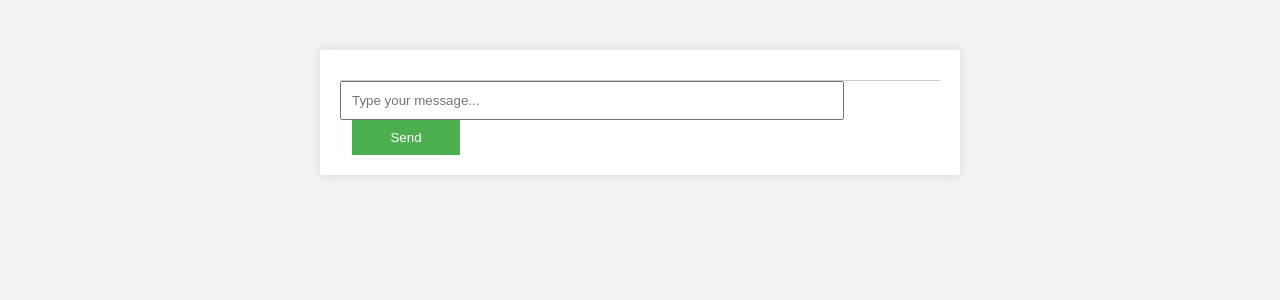
Repository: KanmegneTabouguie/realtimechat
Page: public/index.html
An editor plug-in stored every save of this project. The page is shown before and after the next save, followed by the edit.
The browser window is 1280 px wide. The pictures show the whole page.
Empty fields were first filled with sample values (such as "Sample", 5 or name@example.com).
After loading, the first visible `#send-button` was clicked once.
The page's requests for data from a server got no answer. Some web libraries are served in a nearby version.

Above is the page before, as saved 2024-03-04 14:27:37.

### public/index.html
<!DOCTYPE html>
<html lang="en">
<head>
  <meta charset="UTF-8">
  <meta name="viewport" content="width=device-width, initial-scale=1.0">
  <title>Real-Time Chat App</title>
  <link rel="stylesheet" href="./style.css">
  <script src="https://code.jquery.com/jquery-3.6.4.min.js"></script>
</head>
<body>
  <div id="chat-container">
    <div id="chat-messages"></div>
    <input type="text" id="message-input" placeholder="Type your message...">
    <button id="send-button">Send</button>
  </div>
  <script src="https://cdnjs.cloudflare.com/ajax/libs/socket.io/4.0.0/socket.io.js"></script>
  <script src="./script.js"></script>
</body>
</html>

### public/style.css
body {
    font-family: Arial, sans-serif;
    margin: 0;
    padding: 0;
    background-color: #f2f2f2;
  }

  #chat-container {
    max-width: 600px;
    margin: 50px auto;
    background-color: #fff;
    padding: 20px;
    box-shadow: 0 0 10px rgba(0, 0, 0, 0.1);
  }

  #chat-messages {
    max-height: 300px;
    overflow-y: auto;
    border-bottom: 1px solid #ccc;
    padding-bottom: 10px;
  }

  #message-input {
    width: 80%;
    padding: 10px;
  }

  #send-button {
    width: 18%;
    padding: 10px;
    margin-left: 2%;
    background-color: #4caf50;
    color: #fff;
    border: none;
    cursor: pointer;
  }

  #send-button:hover {
    background-color: #45a049;
  }

  /* Add more styles as needed */

### public/script.js
$(document).ready(function () {
    const socket = io();
    const userId = Math.random().toString(36).substr(2, 9); // Unique identifier for the user (demo purpose)

    // Function to add a message to the chat
    function addMessage(message, senderId) {
      const isCurrentUser = senderId === userId;
      const senderClass = isCurrentUser ? 'current-user' : 'other-user';

      const messageElement = $('<div>').addClass(`message ${senderClass}`).text(`${message} (${isCurrentUser ? 'You' : 'Other user'})`);
      $('#chat-messages').append(messageElement);
    }

    // Event listener for the Send button
    $('#send-button').click(function () {
      const message = $('#message-input').val();

      if (message.trim() !== '') {
        // Emit a 'chat message' event to the server
        socket.emit('chat message', { message, senderId: userId });

        // Clear the input field
        $('#message-input').val('');
      }
    });

    // Listen for 'chat message' events from the server
    socket.on('chat message', function (data) {
      addMessage(data.message, data.senderId);
    });

    // Handle additional chat-related events and features as needed
  });

After the next save:
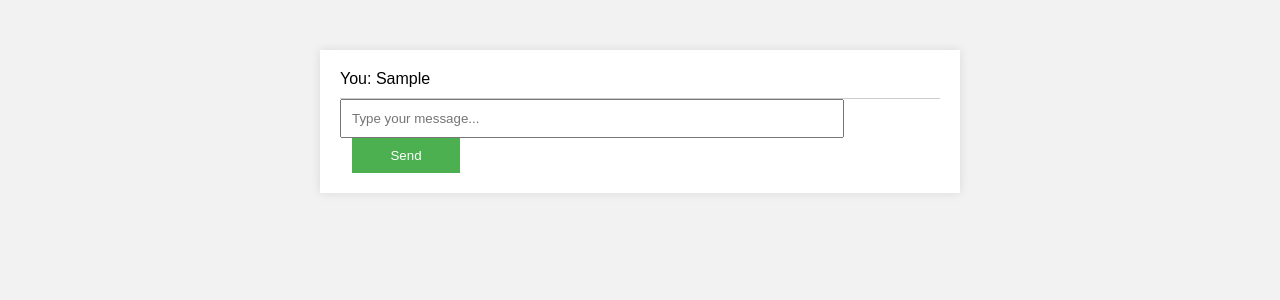
Saved 2 min 7 s later.
--- a/public/script.js
+++ b/public/script.js
@@ -7,7 +7,7 @@
       const isCurrentUser = senderId === userId;
       const senderClass = isCurrentUser ? 'current-user' : 'other-user';
 
-      const messageElement = $('<div>').addClass(`message ${senderClass}`).text(`${message} (${isCurrentUser ? 'You' : 'Other user'})`);
+      const messageElement = $('<div>').addClass(`message ${senderClass}`).text(`${isCurrentUser ? 'You: ' : 'Other user: '}${message}`);
       $('#chat-messages').append(messageElement);
     }
 
@@ -21,6 +21,9 @@
 
         // Clear the input field
         $('#message-input').val('');
+
+        // Display the sent message immediately (optional)
+        addMessage(message, userId);
       }
     });
 

After the save that followed:
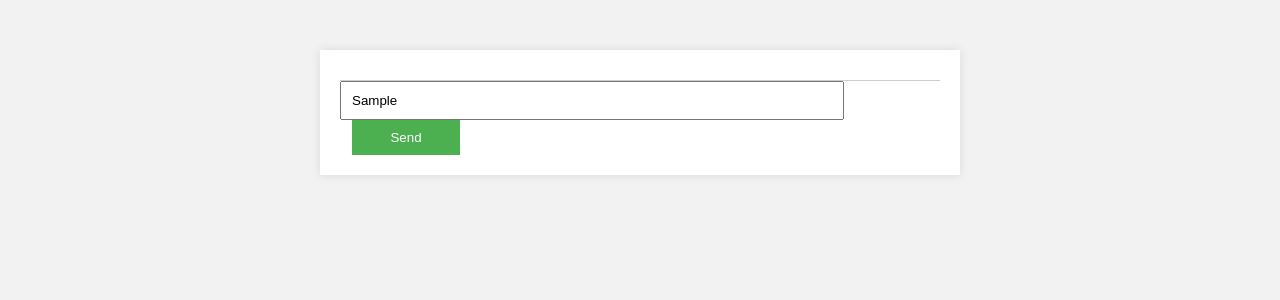
Console error: TypeError: Cannot read properties of undefined (reading 'trim')
Saved 6 min 23 s later.
--- a/public/script.js
+++ b/public/script.js
@@ -3,33 +3,35 @@
     const userId = Math.random().toString(36).substr(2, 9); // Unique identifier for the user (demo purpose)
 
     // Function to add a message to the chat
-    function addMessage(message, senderId) {
+    function addMessage(message, senderId, isPrivate) {
       const isCurrentUser = senderId === userId;
       const senderClass = isCurrentUser ? 'current-user' : 'other-user';
+      const messageElement = $('<div>').addClass(`message ${senderClass}`).text(`${isCurrentUser ? 'You' : 'Other user'}: ${message}`);
 
-      const messageElement = $('<div>').addClass(`message ${senderClass}`).text(`${isCurrentUser ? 'You: ' : 'Other user: '}${message}`);
+      if (isPrivate) {
+        messageElement.addClass('private-message');
+      }
+
       $('#chat-messages').append(messageElement);
     }
 
     // Event listener for the Send button
     $('#send-button').click(function () {
       const message = $('#message-input').val();
+      const receiverId = $('#receiver-id').val(); // Assuming you have a way to input the receiver's ID
 
-      if (message.trim() !== '') {
-        // Emit a 'chat message' event to the server
-        socket.emit('chat message', { message, senderId: userId });
+      if (message.trim() !== '' && receiverId.trim() !== '') {
+        // Emit a 'private message' event to the server
+        socket.emit('private message', { senderId: userId, receiverId, message });
 
         // Clear the input field
         $('#message-input').val('');
-
-        // Display the sent message immediately (optional)
-        addMessage(message, userId);
       }
     });
 
-    // Listen for 'chat message' events from the server
-    socket.on('chat message', function (data) {
-      addMessage(data.message, data.senderId);
+    // Listen for 'private message' events from the server
+    socket.on('private message', function (data) {
+      addMessage(data.message, data.senderId, true);
     });
 
     // Handle additional chat-related events and features as needed
